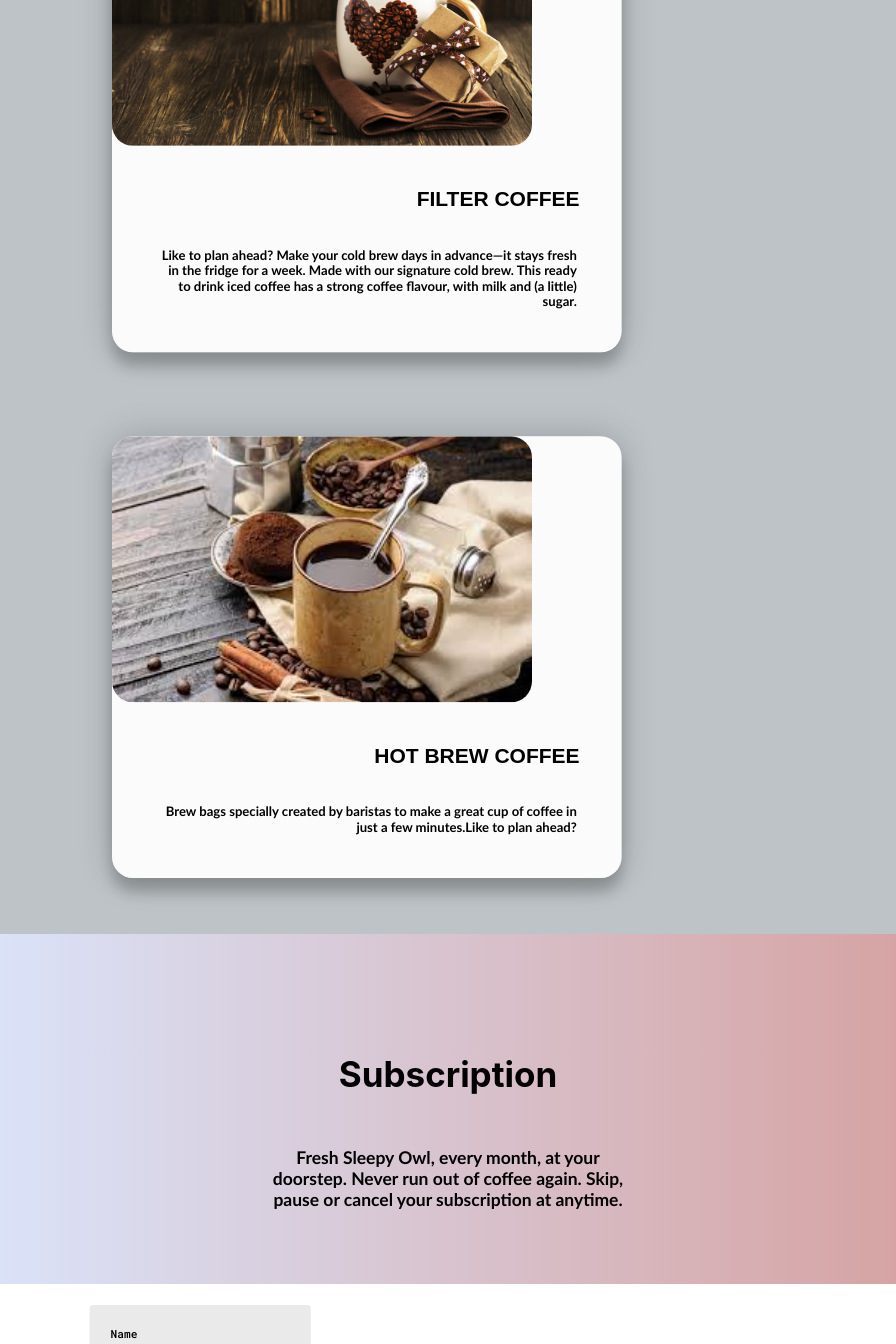
Repository: tusharpasricha/owlsomecoffee
Page: /
The author's editor kept a copy of each file at every save. The page is drawn from the files as they stood at one save, then again after the next save.
The browser window is 1280 px wide. The pictures show the part of the page from y = 1765 to 3685 px (the page is 4506 px tall before and 4456 px after), at 70% of full size.
Some web fonts or font styles are not loaded; a fallback is used. The project was rebuilt for these pictures with package versions that can differ from the ones it lists, and the page was loaded fresh each time. Also part of the build but not shown: src/components/coupons.css, src/components/coupons.js, src/components/order.css, src/components/order.js, src/components/location.css, src/components/location.js.

Above is the page before, as saved 2021-09-28 11:43:34.

### src/App.js

//import './App.css';
import Navbar from './components/navbar';
import Bar from './components/bar';
import Subs from './components/subscription';
import Review from './components/review';
import Coupons from './components/coupons';
import Order from './components/order';
import Giftboxes from './components/giftboxes';
import Location from './components/location';
import Deal from './components/deal';
import Beforefootor from './components/beforefootor';
import Footor from './components/footor';
import Blank from './components/blank';
import Contact from './components/contact'










function App() {
  return (
    <div className="App">
     <Navbar></Navbar>
     <Blank></Blank>
     <Bar></Bar>

     <Review></Review>
     <Giftboxes></Giftboxes>
     <Deal></Deal>
     {/* <Order></Order>
     <Location></Location>


     <Coupons></Coupons> */}


     <Subs></Subs>
     <Contact></Contact>
     <Beforefootor></Beforefootor>
    <Footor></Footor>
    </div>
  );
}

export default App;

### src/components/navbar.js
import React from 'react'
import './navbar.css'
import {animateScroll as scroll} from 'react-scroll';
const Navbar = () => {
    return (
      <header className="mobileNav">
    <div className="nav">
<ul className="options">
  <li onClick={(()=> scroll.scrollToTop())}>
  Top &uarr;</li>
  <li><a href="default.asp">Shop</a></li>
  <li><a href="news.asp">News</a></li>
  <li><a href="contact.asp">Contact</a></li>
  <li><a href="about.asp">Reviews</a></li>
</ul>
    </div>
    </header>
    )
}

export default Navbar

### src/components/bar.js
import React from 'react';
import {Link} from 'react-scroll';
import './bar.css';
import order from './order.jpg';
import deal from './deal.jpg';
import location from './location.jpg';
import coupon from './coupon.jpg';
import gift from './gift.jpg';
import review from './review.jpg';
import subscription from './subscription.png';
import logo from './logo.jfif';

const Bar = () => {
    return (
        <div className="bar">
<ul>
  <li> <img src={subscription}></img> <Link to="order" smooth={true} duration={1000}>ORDER</Link></li>
  <li><img src={deal}></img> <Link to="deal" smooth={true} duration={1000}>DEAL</Link></li>
  <li><img src={location}></img> <Link to="location" smooth={true} duration={1000}>LOCATION</Link></li>
  <li><img src={gift}></img> <Link to="giftboxes" smooth={true} duration={1000}>GIFT BOXES</Link></li>
  <li><img src={coupon}></img> <Link to="coupons" smooth={true} duration={1000}>COUPONS</Link></li>
  <li><img src={logo}></img> <Link to="contact" smooth={true} duration={1000}>CONTACT</Link></li>
  <li><img src={review}></img> <Link to="reviews" smooth={true} duration={1000}>REVIEWS</Link></li>
  <li><img src={subscription}></img> <Link to="subs" smooth={true} duration={1000}>SUBSCRIPTION</Link></li>

</ul>
        </div>
    )
}

export default Bar

### src/components/subscription.js
import React from 'react'
import './subscription.css';

const Subs = () => {
    return (

        <div className="subs" id="subs">
        <section>
        <h1>Subscription</h1>
        <p>Fresh Sleepy Owl, every month, at your doorstep. Never run out of coffee again. Skip, pause or cancel your subscription at anytime.</p>
        </section>

        </div>

    )
}

export default Subs

### src/components/review.js
import React from 'react';
import './review.css';

const Review = () => {
    return (
        <div className="reviews" to="reviews">
        <section>
        <h1>REVIEWS</h1>
        <p>Fresh Sleepy Owl, every month, at your doorstep. Never run out of coffee again. Skip, pause or cancel your subscription at anytime.</p>
        </section>
        </div>
    )
}

export default Review

### src/components/giftboxes.js
import React from 'react';
import './giftboxes.css';
import giftbox from './giftbox.jpg';

const Giftboxes = () => {
    return (
        <div className="giftboxes" to="giftboxes">
        <section className="left">
        <h1>GIFTBOXES</h1>
        <p>Give your loved ones the gift of coffee! Pick any coffee, and we’ll ship it in a special gift box with a ceramic mug.</p>
        </section>
        <section className="right">
            <div className="imgbox">
            <img src={giftbox} className="gimg"></img>
            </div>
        </section>
        </div>
    )
}

export default Giftboxes

### src/components/deal.js
import React from "react";
import './deal.css';
import coffee1 from './coffee1.jpeg';
import coffee2 from './coffee2.jfif';

const Deal = () => {
    return (
        <>
        <div className="cardContainer">
            <div className="singleContainer">
                <div className="card" >
                    <div className="sneaker">
                        <img className="coffeeimg" src={coffee1} className="imga" alt="Socks" />
                    </div>
                    <div className="description">
                        <h2 className="title">
FILTER COFFEE</h2>
                        <h3 className="desc">Like to plan ahead? Make your cold brew days in advance—it stays fresh in the fridge for a week. Made with our signature cold brew. This ready to drink iced coffee has a strong coffee flavour, with milk and (a little) sugar.</h3>
                    </div>
                </div>
            </div>
            <div className="singleContainer">
            <div className="card" >
                <div className="sneaker">
                    <img className="coffeeimg" src={coffee2} className="imga" alt="Socks" />
                </div>
                <div className="description">
                    <h2 className="title">HOT BREW COFFEE</h2>
                    <h3 className="desc">Brew bags specially created by baristas to make a great cup of coffee in just a few minutes.Like to plan ahead?</h3>
                </div>
            </div>
        </div>


    </div>
    </>
    );
}

export default Deal;

### src/components/beforefootor.js
import React from 'react'
import './beforefootor.css'

const Beforefootor = () => {

    return (
        <div className="beforefootor">
            <section className="info">
                <div className="infopart">
                <p className="tag">Social</p>
                <p className="value">YOUTUBE</p>
                <p className="value">INSTAGRAM</p>
                <p className="value">FACEBOOK</p>
                <p className="value">TWITTER</p>
                </div>
            </section>
            <section className="info">
            <div className="infopart">
                <p className="tag">Contact</p>
                <p className="value">+91 7906438792</p>
                <p className="value">owlsome@gmail.com</p>
                </div>
            </section>
            {/* <section className="info">
                <div className="infopart">
                <p className="tag">Twitter</p>
                <p className="value">Sirjohnson</p>
                </div>
                <div className="infopart">
                <p className="tag">INSTAGRAM</p>
                <p className="value">sirjohnson_socks</p>
                </div>
                <div className="infopart">
                <p className="tag">FACEBOOK</p>
                <p className="value">Sir Johnson Socks</p>
                </div>
            </section> */}


        </div>
    )
}

export default Beforefootor

### src/components/footor.js
import React from 'react'
import './footor.css'

const Footor = () => {
    return (
        <div className="footor">
                owlsome
        </div>
    )
}

export default Footor

### src/components/blank.js
import React from 'react';
import './blank.css';

const Blank = () => {
    return (
        <div className="blank" to="blank">

        </div>
    )
}

export default Blank

### src/components/contact.js
import React from "react";
// import emailjs from 'emailjs-com';
import './contact.css';
// function sendEmail(e){
//     e.preventDefault();
//     console.log('submited')
//     alert("Thank you for your response")

//     emailjs.sendForm('service_v5j0w57', 'template_jckj8km', e.target, 'user_RQy2NQAr1UeMOoaw4Cpgi')
//       .then((result) => {
//           console.log(result.text);
//       }, (error) => {
//           console.log(error.text);
//       });
//       e.target.reset()
// }
const Contact = () => {
    return (
        <>
            <section className="contact" to="contact">
                <form >
                    <label htmlFor="name">Name</label>
                    <input type="text" name="name"/>
                    <label htmlFor="City">City</label>
                    <input type="text" name="city"/>
                    <label htmlFor="email">E-Mail</label>
                    <input type="email" name="email"/>
                    <label>Contact Details</label>
                    <textarea  rows="7" cols="100"  name="message" ></textarea>
                    <button type="submit">Submit</button>
                </form>
            </section>

            </>
    );
    }
export default Contact;

### src/components/navbar.css


.nav{
    position: fixed;
    background-color: rgb(255, 255, 255);
    display: flex;
    justify-content: center;
    height: 60px;
    width: 100%;
    align-items: center;

}
ul{

     display: flex;
     list-style-type: none;
     justify-content: center;
     padding: 2px;
 }
 li{
     padding-right: 40px;
     padding-left: 40px;
 }
 ul :hover{
     font-weight: bold;
     cursor: pointer;
 }
 a{
     text-decoration: none;
     color: black;
 }

### src/components/bar.css

.bar{
    background-color: rgba(209, 94, 94, 0.74);
    display: flex;
    justify-content: center;
    height: 150px;
    width: 100%;
    align-items: center;
    background-image: linear-gradient(to right,#ddd6f3,#faaca8);
}
ul{
     display: flex;
     list-style-type: none;
     justify-content: center;
     padding: 2px;
 }
 li{
     display: flex;
     flex-direction: column;
     padding-right: 30px;
     padding-left: 30px;
     text-align: center;

 }
 a{
     text-decoration: none;
     color: black;
 }
img{

    height: 80px;
    width: 80px;
    border-radius: 30px;
}

### src/components/subscription.css
.subs{
    display: flex;
    justify-content: center;
    background-color: rgb(252, 188, 200);
    height: 500px;
    background-image: linear-gradient(to right,#dae2f8,#d6a4a4);
}
section{

    flex-direction: column;
    padding: 100px;
    width: 40%;

}
h1{
    font-size: 50px;
    text-align: center;
    font-weight: bolder;
    padding: 30px;
}
p{
    font-family: 'Trebuchet MS', 'Lucida Sans Unicode', 'Lucida Grande', 'Lucida Sans', Arial, sans-serif;
    text-align: center;
    font-weight: bold;
    font-size: 25px;
}

### src/components/review.css
.reviews{
    background-image: linear-gradient(to right, #000428,#004e92);
    background-color:rgb(0, 0, 0);
    color: white;
    height: 600px;
}

### src/components/giftboxes.css
.giftboxes{
    display: flex;
    background-color:rgb(121, 8, 8);
    flex-direction: row;
    color: rgba(255, 255, 255, 0.89);
    /* height: 600px; */
}
.left{
    background-color: #603813;
    /* background: linear-gradient(to right ,#603813,#b29f94); */
}
.right{
    /* background-color:rgb(66, 31, 6); */
background: linear-gradient(to right ,#603813,#b29f94);
}
.imgbox{

    align-items: center;

}
.gimg{
    height: 500px;
    width: 500px;
}

### src/components/deal.css
@import url('https://fonts.googleapis.com/css2?family=Style+Script&display=swap');

.cardContainer {
    display: flex;
    flex-direction: column;
    background-image: linear-gradient(to right,#bdc3c7,#bdc3c7);
    margin: auto;
    /* perspective: 1000px; */
    padding: 20px 100px;

}


.singleContainer {
    margin-top: 40px;
    display: flex;
    flex-direction: column;

    /* align-items: center;
    justify-content: center; */
    margin: 20px;


}

.card {
    display: flex;
    flex-direction: column;
    width: 70%;
    margin: 40px;
    /* transform-style: preserve-3d; */
    background-color: rgba(255, 255, 255, 0.938);

    border-radius: 30px;
    box-shadow: 0 20px 20px rgba(0, 0, 0, 0.2), 0px 0px 50px rgba(0, 0, 0, 0.2);
}

.imga {
    width: 600px;
    height: 380px;
    z-index: 23;
    transition: all 0.75 ease-in-out;
}

.sneaker {
    padding: 0%;
    margin-bottom: 30px;
    /* position: relative; */
}
.sneaker :hover{
    margin-left: 30px;
    margin-top :30px;
}

.description h2 {

    padding-right: 60px;
    text-align: right;
    margin-bottom: 20px;
    font-size: 30px;
    font-family: 'Poppins', sans-serif;
    transition: all 0.75 ease-in-out;
}

.description h3 {
    padding: 2rem 4rem;
    text-align: right;
    margin-bottom: 30px;
    font-family: 'Trebuchet MS', 'Lucida Sans Unicode', 'Lucida Grande', 'Lucida Sans', Arial, sans-serif;    transition: all 0.75 ease-in-out;
}

### src/components/beforefootor.css
/* @import url('https://fonts.googleapis.com/css2?family=Style+Script&display=swap'); */

.beforefootor{
    background-image: linear-gradient(to right, #000428,#004e92);

    display: flex;
}

.info{
    color: rgba(255, 255, 255, 0.849);
    width: 33.333%;
    text-align: center;
    padding: 10PX;

}

.tag{
    color:rgba(255, 255, 255, 0.918);
    font-family: 'Trebuchet MS', 'Lucida Sans Unicode', 'Lucida Grande', 'Lucida Sans', Arial, sans-serif;
}
.value{
 color: rgba(255, 255, 255, 0.87);
 font-family: 'Trebuchet MS', 'Lucida Sans Unicode', 'Lucida Grande', 'Lucida Sans', Arial, sans-serif;
 font-size: 15px;
}

### src/components/footor.css
@import url('https://fonts.googleapis.com/css2?family=Style+Script&display=swap');

.footor{
    padding: 5px;
    margin-top: 2px;
    text-align: center;
    color: white;
    background-color: black;
    font-Family: 'Style Script';
  font-size: 30px;
  }

### src/components/blank.css
.blank{
    background-color:rgb(207, 162, 162);
    height: 60px;
}

### src/components/contact.css
@import url('https://fonts.googleapis.com/css2?family=Roboto+Mono:wght@500&display=swap');

.contact{

    padding: 30px;
}
form {
    /* border: 2px solid coral; */
    width: 50%;
    margin: auto;
    display: flex;

    flex-direction: column;
    padding: 30px;
    background:  #eaeaea;
    border-radius: 5px;
    font-family: 'Roboto Mono', monospace;
    border-color: #d0d0d0;
    color: #000;
}

form label {
    margin-bottom: 10px;
}

form input {
    margin-bottom: 20px;
    padding: 10px 10px;
    border: 1px solid grey;
    border-radius: 2px;
    background: #fff;
    color: #000;
}

form textarea {
    margin-bottom: 30px;
    background: #fff;
}


form button {
    padding: 20px 10px;
    font-size: 20px;
    margin-bottom: 5px;
    background-color: #004e92;
    color: #fff;
    cursor: pointer;
    border-radius: 1rem;
}
form button:hover{
    color: black;
    background-color: white;
}

Loaded but not shown: public/index.html (common file); src/index.js (common file); src/index.css (common file)

After the next save:
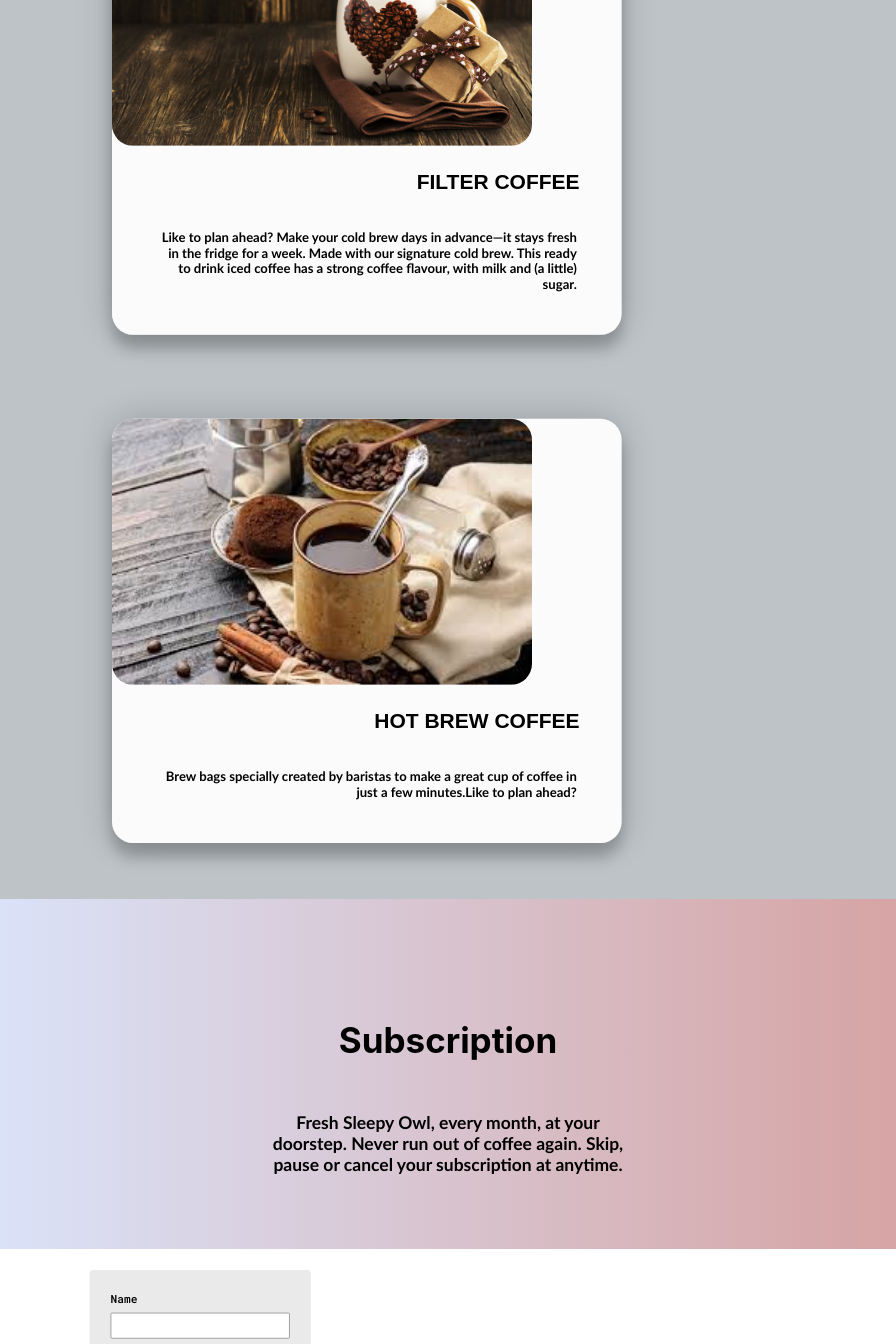
Saved 31 s later.
--- a/src/components/deal.css
+++ b/src/components/deal.css
@@ -24,8 +24,8 @@
 }
 
 .card {
-    display: flex;
-    flex-direction: column;
+    /* display: flex;
+    flex-direction: column; */
     width: 70%;
     margin: 40px;
     /* transform-style: preserve-3d; */
